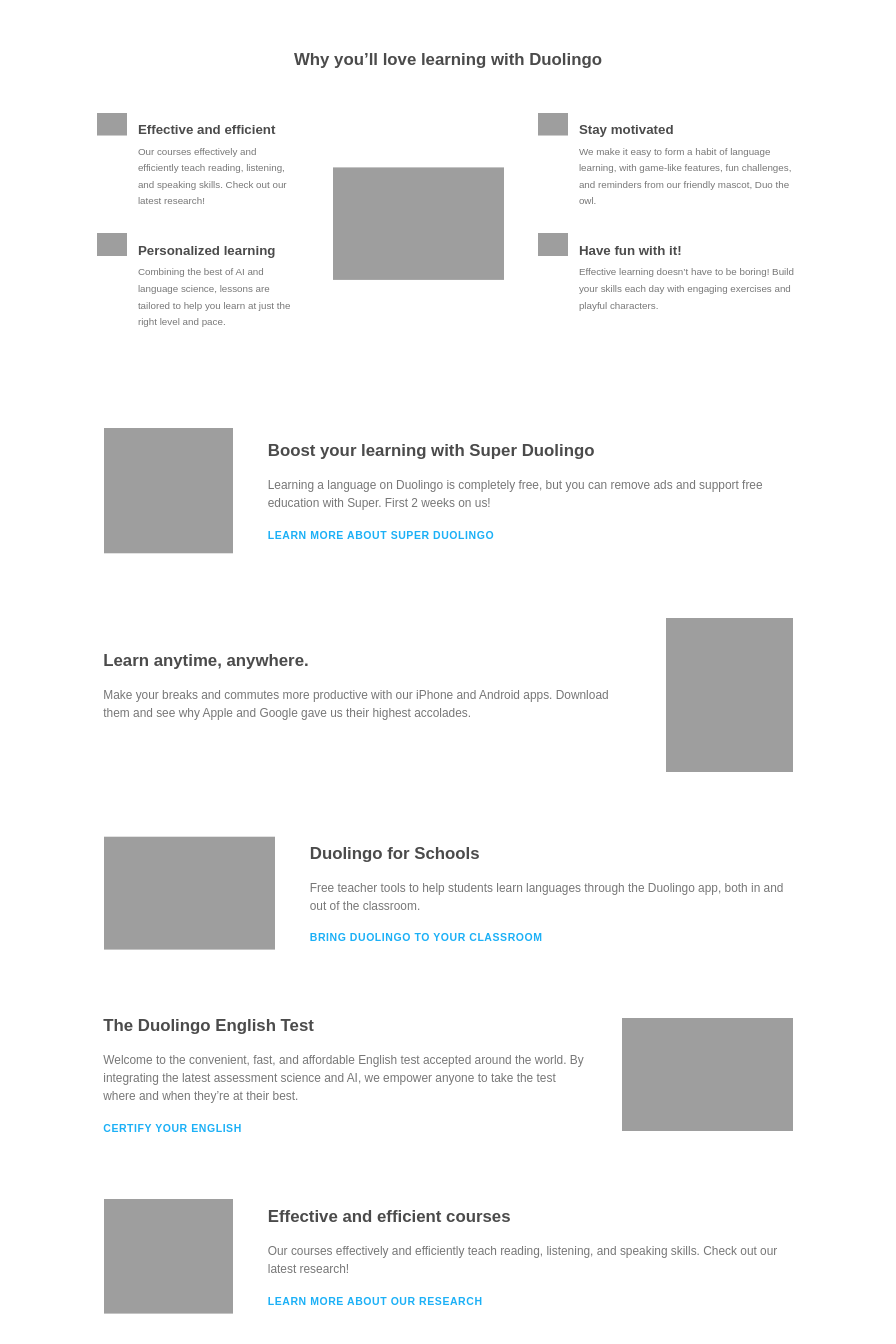
Repository: kauittt/duolingo-little
Page: login.html
The author's editor kept a copy of each file at every save. The page is drawn from the files as they stood at one save, then again after the next save.
The browser window is 1280 px wide. The pictures show the part of the page from y = 937 to 2857 px (the page is 2857 px tall), at 70% of full size.
Pictures or frames that could not be fetched are drawn as grey boxes. A picture or video elsewhere on the page could not be fetched, so the positions and the page height are approximate. Some web libraries are served in a nearby version.

Above is the page before, as saved 2023-03-26 20:38:01.

### login.html
<!DOCTYPE html>
<html lang="en">
    <head>
        <meta charset="UTF-8" />
        <meta http-equiv="X-UA-Compatible" content="IE=edge" />
        <meta name="viewport" content="width=device-width, initial-scale=1.0" />
        <title>Duolingo Little</title>

        <!--! favicon -->
        <link rel="icon" type="image/x-icon" href="./assets/img/logo.png" />

        <!--! Font Awesome  -->
        <link rel="preconnect" href="https://cdnjs.cloudflare.com" />
        <link
            rel="stylesheet"
            href="https://cdnjs.cloudflare.com/ajax/libs/font-awesome/6.3.0/css/all.min.css"
        />

        <!--! CSS -->
        <link rel="stylesheet" href="./assets/css/reset.css" />
        <link rel="stylesheet" href="./assets/fonts/stylesheet.css" />
        <link rel="stylesheet" href="./assets/css/stytes.css" />
    </head>
    <body>
        <div class="main">
            <header class="header">
                <div class="wrap header-wrap">
                    <a class="header__img">
                        <img
                            src="https://d35aaqx5ub95lt.cloudfront.net/images/dca3b978d07a7dfc05adb1d5526e9e21.svg"
                            alt="Duolingo"
                        />
                    </a>
                    <div class="header__language">SITE LANGUAGE: ENGLISH</div>
                </div>
            </header>

            <div class="content">
                <div class="hero">
                    <div class="hero-wrap">
                        <div class="hero__img">
                            <img
                                src="https://d35aaqx5ub95lt.cloudfront.net/images/331a32943ff73be28537dfc7469d5639.svg"
                                alt="Earth"
                            />
                        </div>
                        <div class="hero-content">
                            <h1 class="hero-content__heading">
                                The free, fun, and effective way to learn a
                                language!
                            </h1>
                            <div class="hero-content-select">
                                <div class="hero-content-select">
                                    <div class="btn btn--primary">
                                        GET STARTED
                                    </div>
                                    <div class="btn">
                                        I ALREADY HAVE AN ACCOUNT
                                    </div>
                                </div>
                            </div>
                        </div>
                    </div>
                </div>

                <section class="section top">
                    <div class="wrap top-wrap">
                        <div class="section__img">
                            <img
                                src="https://d35aaqx5ub95lt.cloudfront.net/images/776364e6419216ffd84ddf8d8815711b.svg"
                                alt="Duolingo"
                            />
                        </div>

                        <div class="section-content">
                            <h2 class="section-content__heading">
                                The world’s #1 way to learn a language
                            </h2>
                            <div class="section-content__desc">
                                Learning with Duolingo is fun, and
                                <b>research shows that it works!</b> With quick,
                                bite-sized lessons, you’ll earn points and
                                unlock new levels while gaining real-world
                                communication skills.
                            </div>
                            <div class="section-content__link"></div>
                        </div>
                    </div>
                </section>

                <section class="section feature">
                    <div class="wrap feature-wrap">
                        <h3 class="section-content__heading">
                            Why you’ll love learning with Duolingo
                        </h3>
                        <div class="section-content">
                            <div class="section-content-group">
                                <div class="section-content-group-item">
                                    <img
                                        src="https://d35aaqx5ub95lt.cloudfront.net/images/1994201dce8a55a0017d59b58a035fc3.svg"
                                        alt=""
                                    />
                                    <div>
                                        <div
                                            class="section-content-group-item__heading"
                                        >
                                            Effective and efficient
                                        </div>
                                        <div
                                            class="section-content-group-item__desc"
                                        >
                                            Our courses effectively and
                                            efficiently teach reading,
                                            listening, and speaking skills.
                                            Check out our latest research!
                                        </div>
                                    </div>
                                </div>

                                <div class="section-content-group-item">
                                    <img
                                        src="https://d35aaqx5ub95lt.cloudfront.net/images/8f1e99a540ab7afcf5915e8852024e4c.svg"
                                        alt=""
                                    />
                                    <div>
                                        <div
                                            class="section-content-group-item__heading"
                                        >
                                            Personalized learning
                                        </div>
                                        <div
                                            class="section-content-group-item__desc"
                                        >
                                            Combining the best of AI and
                                            language science, lessons are
                                            tailored to help you learn at just
                                            the right level and pace.
                                        </div>
                                    </div>
                                </div>
                            </div>

                            <div class="section-content-group">
                                <div class="section-content-group__img">
                                    <img
                                        src="https://d35aaqx5ub95lt.cloudfront.net/images/3816ddfd0658efd7bb713fd823053b82.svg"
                                        alt="Duolingo"
                                    />
                                </div>
                            </div>

                            <div class="section-content-group">
                                <div class="section-content-group-item">
                                    <img
                                        src="https://d35aaqx5ub95lt.cloudfront.net/images/splash/ebdcc22deaf0f85388fcb09e7ecfbe78.svg"
                                        alt=""
                                    />
                                    <div>
                                        <div
                                            class="section-content-group-item__heading"
                                        >
                                            Stay motivated
                                        </div>
                                        <div
                                            class="section-content-group-item__desc"
                                        >
                                            We make it easy to form a habit of
                                            language learning, with game-like
                                            features, fun challenges, and
                                            reminders from our friendly mascot,
                                            Duo the owl.
                                        </div>
                                    </div>
                                </div>

                                <div class="section-content-group-item">
                                    <img
                                        src="https://d35aaqx5ub95lt.cloudfront.net/images/splash/a4d5fab3d1926c240cb2ae696b07d156.svg"
                                        alt=""
                                    />
                                    <div>
                                        <div
                                            class="section-content-group-item__heading"
                                        >
                                            Have fun with it!
                                        </div>
                                        <div
                                            class="section-content-group-item__desc"
                                        >
                                            Effective learning doesn’t have to
                                            be boring! Build your skills each
                                            day with engaging exercises and
                                            playful characters.
                                        </div>
                                    </div>
                                </div>
                            </div>
                        </div>
                    </div>
                </section>

                <section class="section super">
                    <div class="wrap super-wrap">
                        <div class="section__img">
                            <img
                                src="https://d35aaqx5ub95lt.cloudfront.net/images/super/8183c77cba99daf1e900fb5f9b0cc671.svg"
                                alt="Duolingo"
                            />
                        </div>

                        <div class="section-content">
                            <h2 class="section-content__heading">
                                Boost your learning with Super Duolingo
                            </h2>
                            <div class="section-content__desc">
                                Learning a language on Duolingo is completely
                                free, but you can remove ads and support free
                                education with Super. First 2 weeks on us!
                            </div>
                            <div class="section-content__link">
                                LEARN MORE ABOUT SUPER DUOLINGO
                            </div>
                        </div>
                    </div>
                </section>

                <section class="section download">
                    <div class="wrap download-wrap">
                        <div class="section__img">
                            <img
                                src="https://d35aaqx5ub95lt.cloudfront.net/images/791b23bc8994589efad21ce964d99161.svg"
                                alt="Duolingo"
                            />
                        </div>

                        <div class="section-content">
                            <h2 class="section-content__heading">
                                Learn anytime, anywhere.
                            </h2>
                            <div class="section-content__desc">
                                Make your breaks and commutes more productive
                                with our iPhone and Android apps. Download them
                                and see why Apple and Google gave us their
                                highest accolades.
                            </div>
                            <div class="section-content__link"></div>
                        </div>
                    </div>
                </section>

                <section class="section teaching">
                    <div class="wrap teaching-wrap">
                        <div class="section__img">
                            <img
                                src="https://d35aaqx5ub95lt.cloudfront.net/images/af5bf404fb8ea1ff96fdc9247a1e36e0.svg"
                                alt="Duolingo"
                            />
                        </div>

                        <div class="section-content">
                            <h2 class="section-content__heading">
                                Duolingo for Schools
                            </h2>
                            <div class="section-content__desc">
                                Free teacher tools to help students learn
                                languages through the Duolingo app, both in and
                                out of the classroom.
                            </div>
                            <div class="section-content__link">
                                BRING DUOLINGO TO YOUR CLASSROOM
                            </div>
                        </div>
                    </div>
                </section>

                <section class="section test">
                    <div class="wrap test-wrap">
                        <div class="section__img">
                            <img
                                src="https://d35aaqx5ub95lt.cloudfront.net/images/9cb1bd734855384c2de08fe80443af9f.svg"
                                alt="Duolingo"
                            />
                        </div>

                        <div class="section-content">
                            <h2 class="section-content__heading">
                                The Duolingo English Test
                            </h2>
                            <div class="section-content__desc">
                                Welcome to the convenient, fast, and affordable
                                English test accepted around the world. By
                                integrating the latest assessment science and
                                AI, we empower anyone to take the test where and
                                when they’re at their best.
                            </div>
                            <div class="section-content__link">
                                CERTIFY YOUR ENGLISH
                            </div>
                        </div>
                    </div>
                </section>

                <section class="section chart">
                    <div class="wrap chart-wrap">
                        <div class="section__img">
                            <img
                                src="https://d35aaqx5ub95lt.cloudfront.net/images/efficacyPage/5b117228254f9a9d8c7f541734f18225.svg"
                                alt="Duolingo"
                            />
                        </div>

                        <div class="section-content">
                            <h2 class="section-content__heading">
                                Effective and efficient courses
                            </h2>
                            <div class="section-content__desc">
                                Our courses effectively and efficiently teach
                                reading, listening, and speaking skills. Check
                                out our latest research!
                            </div>
                            <div class="section-content__link">
                                LEARN MORE ABOUT OUR RESEARCH
                            </div>
                        </div>
                    </div>
                </section>
            </div>
        </div>
    </body>
</html>

### assets/fonts/stylesheet.css
@font-face {
    font-family: "DINRoundPro";
    src: url("din round/DINRoundPro-Bold.woff2") format("woff2"),
        url("din round/DINRoundPro-Bold.woff") format("woff");
    font-weight: bold;
    font-style: normal;
    font-display: swap;
}

@font-face {
    font-family: "DINRoundPro";
    src: url("din round/DINRoundPro-Black.woff2") format("woff2"),
        url("din round/DINRoundPro-Black.woff") format("woff");
    font-weight: 900;
    font-style: normal;
    font-display: swap;
}

@font-face {
    font-family: "DINRoundPro";
    src: url("din round/DINRoundPro.woff2") format("woff2"),
        url("din round/DINRoundPro.woff") format("woff");
    font-weight: normal;
    font-style: normal;
    font-display: swap;
}

@font-face {
    font-family: "DINRoundPro";
    src: url("din round/DINRoundPro-Light.woff2") format("woff2"),
        url("din round/DINRoundPro-Light.woff") format("woff");
    font-weight: 300;
    font-style: normal;
    font-display: swap;
}

@font-face {
    font-family: "DINRoundPro-Medi";
    src: url("din round/DINRoundPro-Medi.woff2") format("woff2"),
        url("din round/DINRoundPro-Medi.woff") format("woff");
    font-weight: 500;
    font-style: normal;
    font-display: swap;
}

Loaded but not shown: assets/css/reset.css (common file); assets/css/stytes.css (376 lines, source omitted)

After the next save:
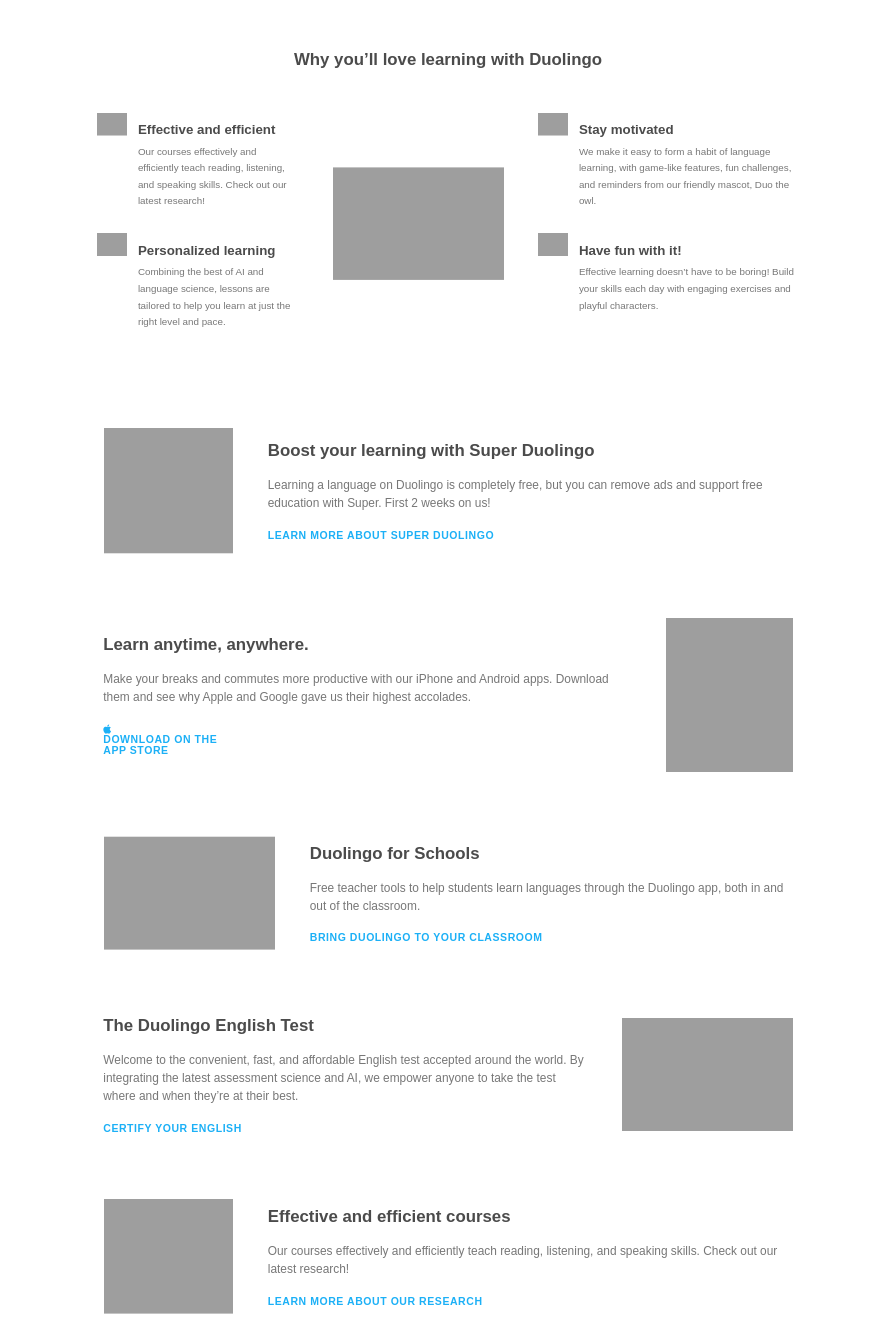
Saved 3 min 54 s later.
--- a/login.html
+++ b/login.html
@@ -243,7 +243,17 @@
                                 and see why Apple and Google gave us their
                                 highest accolades.
                             </div>
-                            <div class="section-content__link"></div>
+                            <div class="section-content__link">
+                                <div class="section-content__link-item">
+                                    <i class="fa-brands fa-apple"></i>
+                                    <div
+                                        class="section-content__link-item-content"
+                                    >
+                                        <p>Download on the</p>
+                                        <p>App Store</p>
+                                    </div>
+                                </div>
+                            </div>
                         </div>
                     </div>
                 </section>
